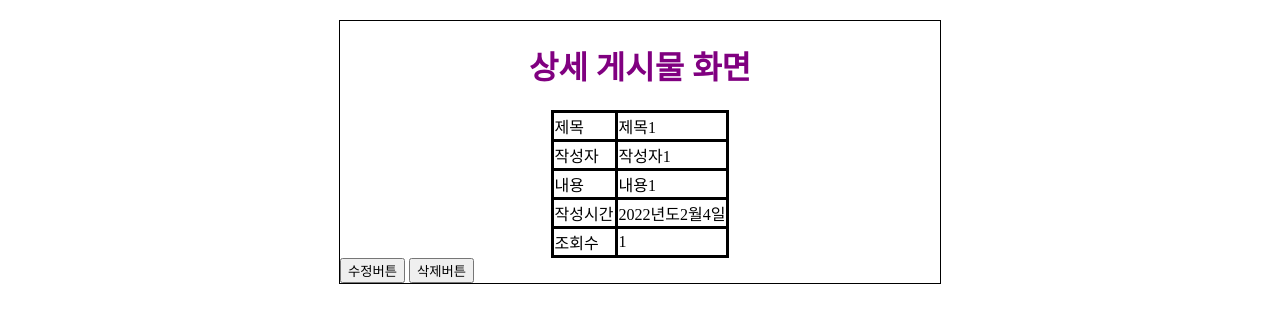
Repository: Kray273/JSLab
Page: css/src/main/webapp/Day97/boardcontents.html
These files come from the project's save history. The page is drawn as it stood at one moment and after the next save; the edit follows.
The browser window is 1280 px wide. The pictures show the whole page.

Above is the page before, as saved 2022-11-25 09:52:34.

After the next save:
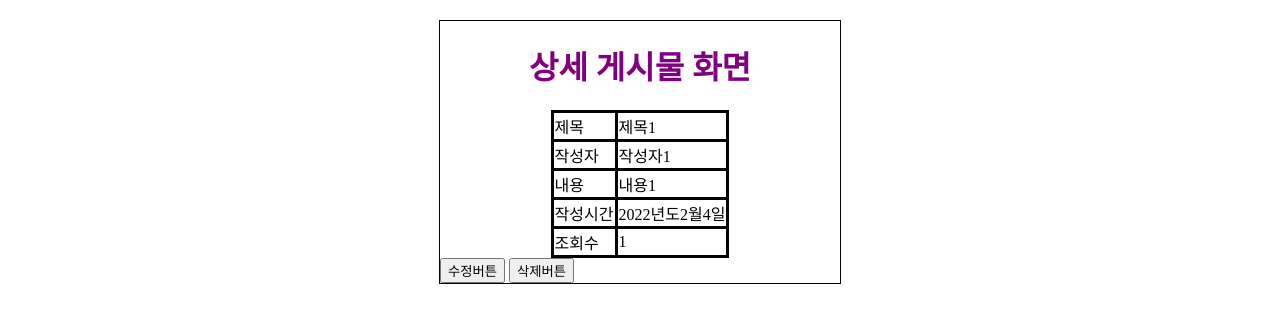
Saved 14 s later.
--- a/css/src/main/webapp/Day97/boardcontents.html
+++ b/css/src/main/webapp/Day97/boardcontents.html
@@ -7,7 +7,7 @@
 	#line {
 		margin : 20px auto;
 		border: 1px solid black;
-		width: 600px;
+		width: 400px;
 	}
 
 	h1 {
